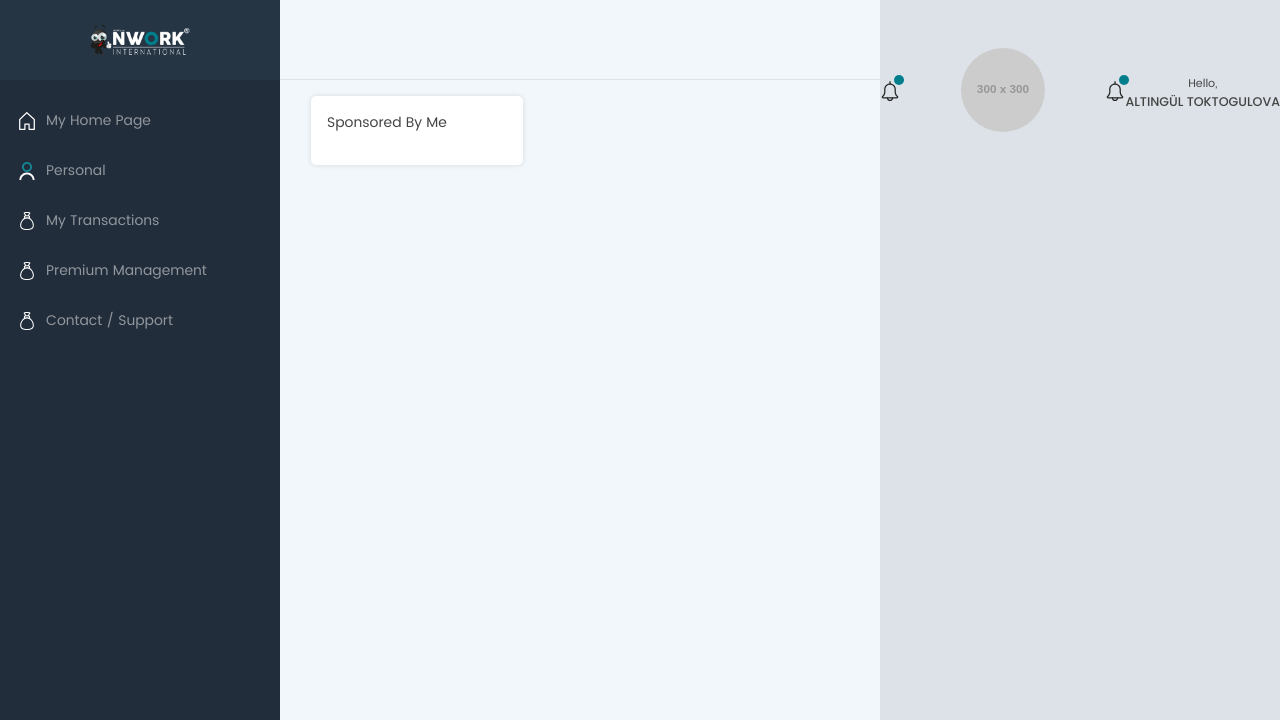
Repository: KayahanKahriman/nwork-admin
Page: index.html
These files come from the project's save history. The page is drawn as it stood at one moment and after the next save; the edit follows.
The browser window is 1280 px wide. The pictures show the whole page.
Some web fonts or font styles are not loaded; a fallback is used. The style sheet was rebuilt from its Sass, Less or Tailwind sources for each picture, by a compiler version that may differ from the author's.

Above is the page before, as saved 2021-06-09 16:16:07.

After the next save:
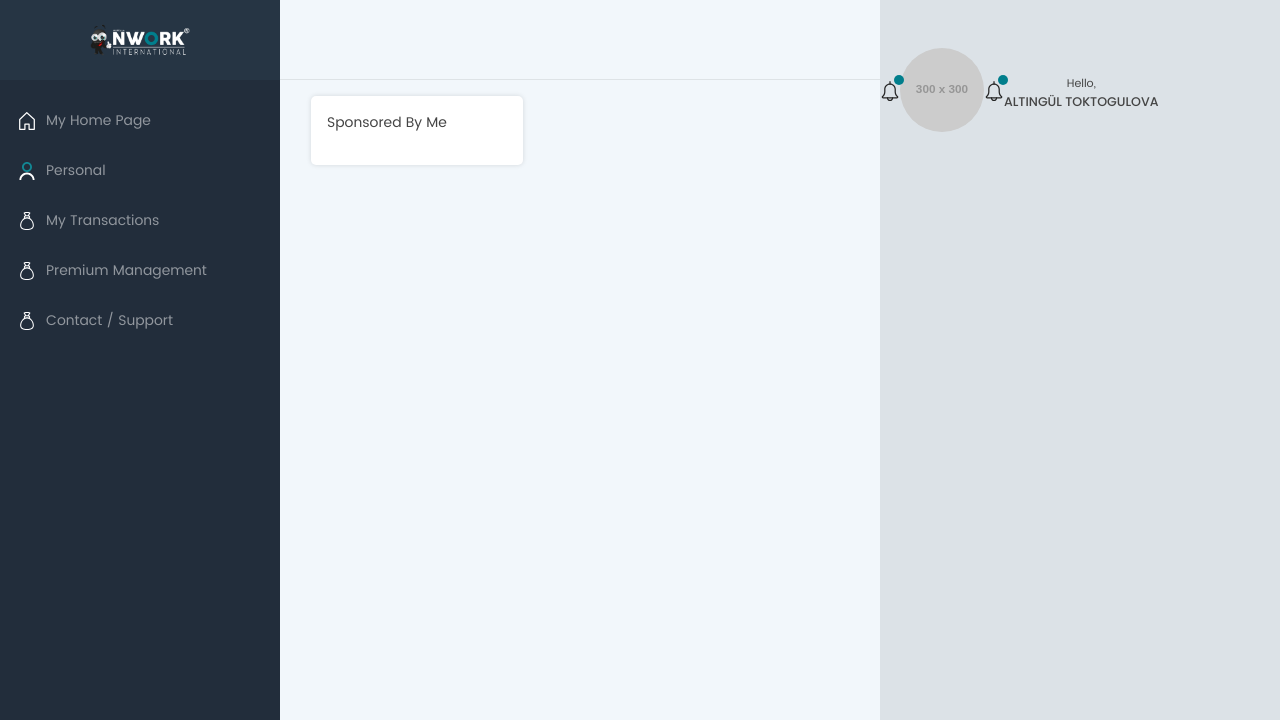
Saved 9 s later.
--- a/index.html
+++ b/index.html
@@ -117,7 +117,7 @@
                 </a>
             </div>
 
-            <div id="user-image" class="d-flex m-auto">
+            <div id="user-image">
                 <img class="img-cover" src="//via.placeholder.com/300x300" alt="">
             </div>
 
